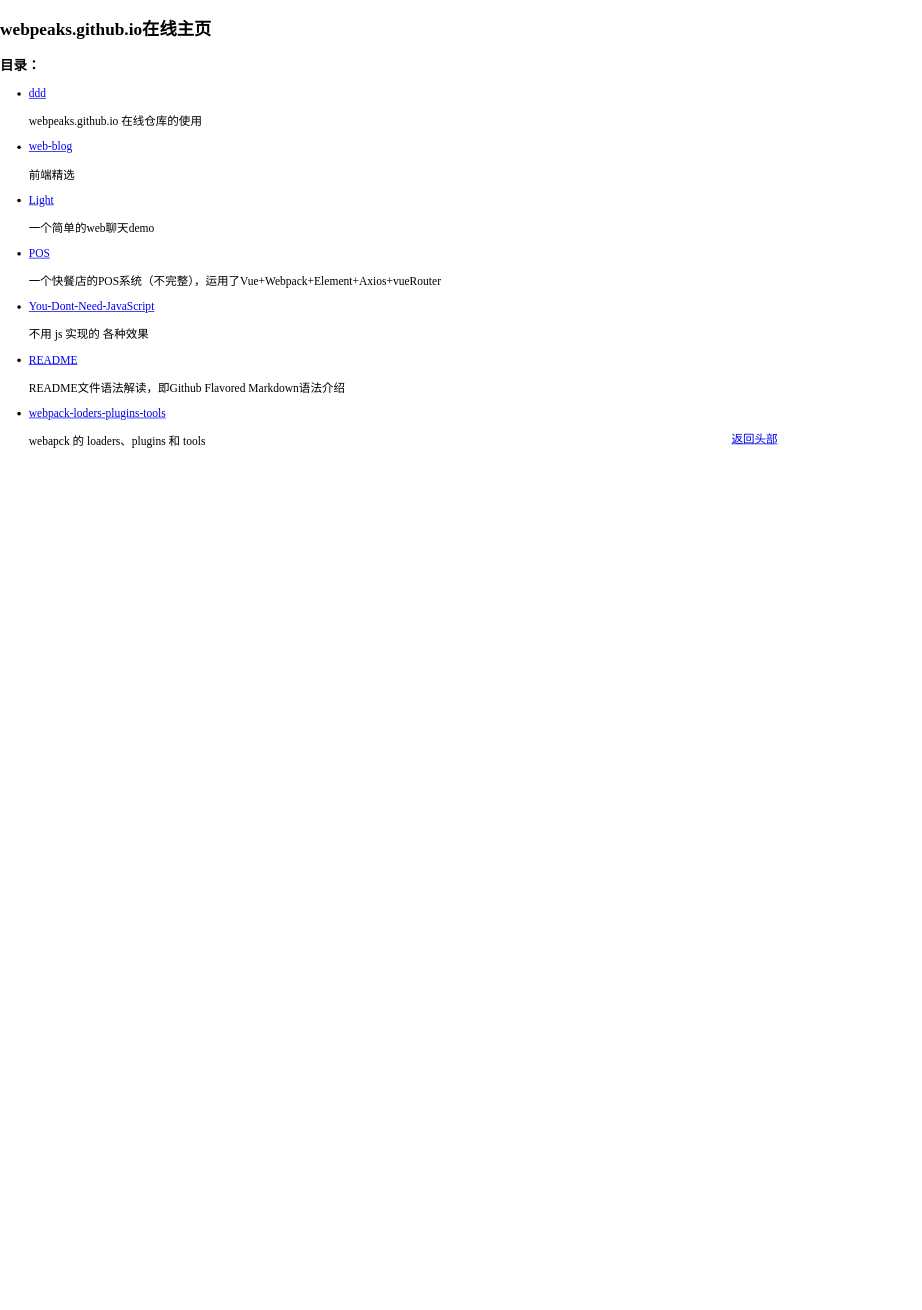
Repository: webpeaks/webpeaks.github.io
Page: index.html
These files come from the project's save history. The page is drawn as it stood at one moment and after the next save; the edit follows.
The browser window is 1280 px wide. The pictures show the whole page, at 72% of full size.

Above is the page before, as saved 2018-01-03 16:54:44.

After the next save:
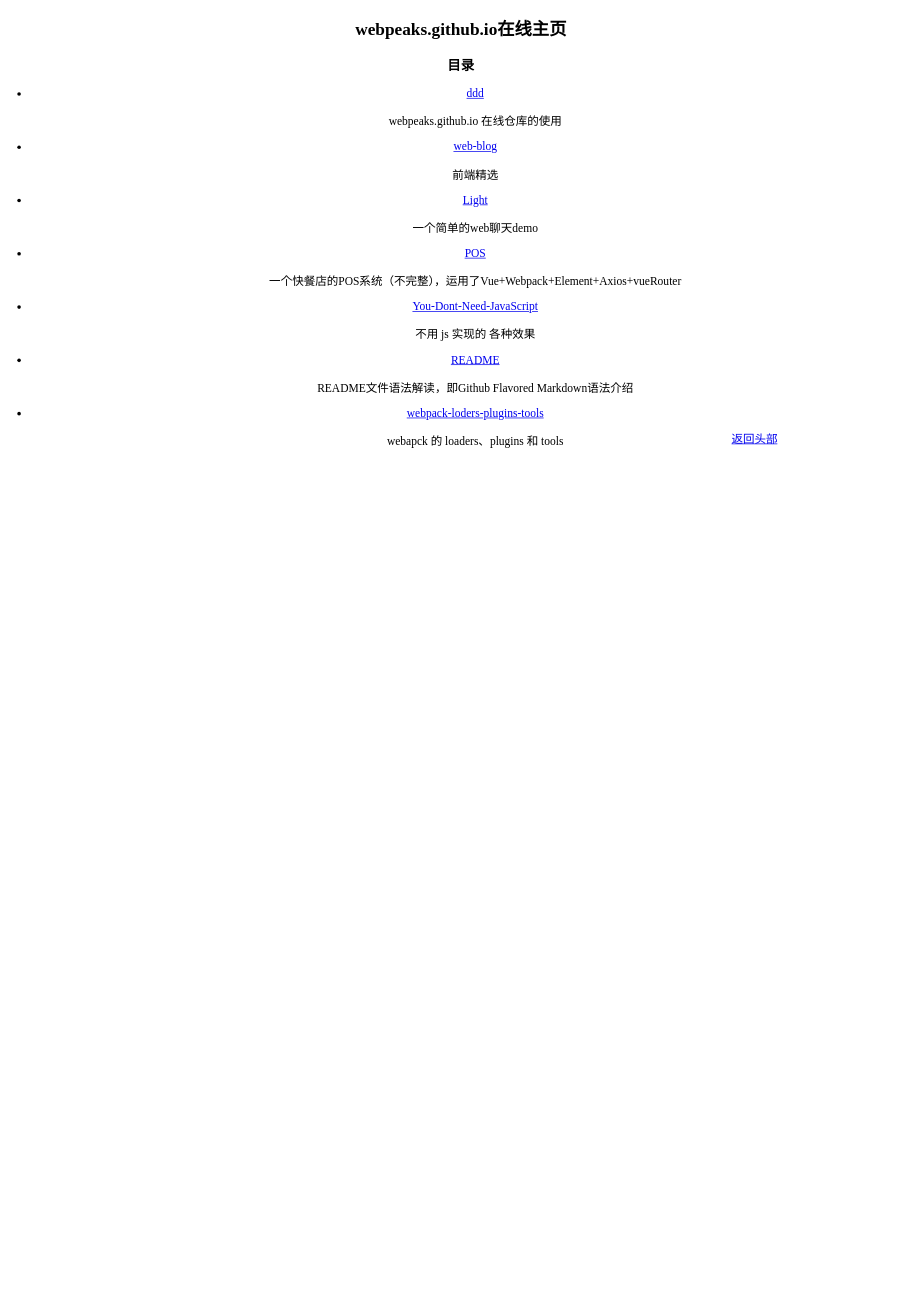
Saved 52 s later.
--- a/index.html
+++ b/index.html
@@ -13,7 +13,7 @@
             padding: 0;
         }
         .main{
-            margin: 0 auto;
+            text-align: center;
         }
 
         .back {
@@ -27,7 +27,7 @@
 <body>
     <div class="main">
         <h2>webpeaks.github.io在线主页</h2>
-        <h3>目录：</h3>
+        <h3>目录</h3>
         <ul>
             <li>
                 <a href="webpeaks.github.io/ddd/index.html">ddd</a>
